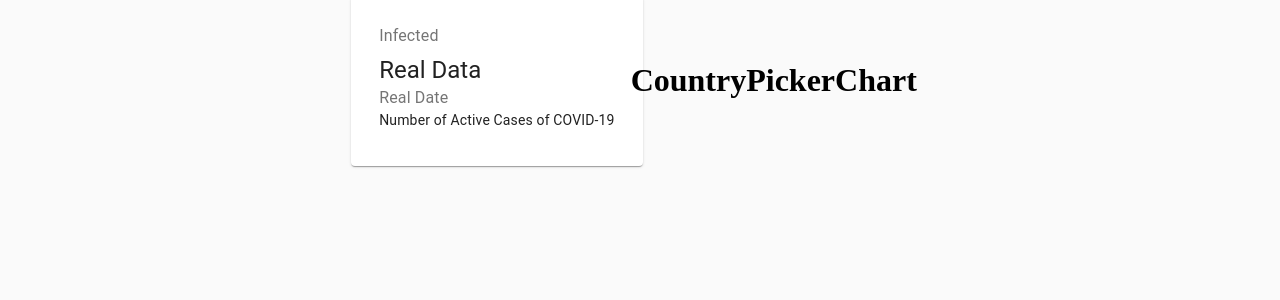
Repository: Khilanmakwana/COVID-19-Tracker-Application-ReactJS
Page: /
These files come from the project's save history. The page is drawn as it stood at one moment and after the next save; the edit follows.
The browser window is 1280 px wide. The pictures show the whole page.
The page's requests for data from a server got no answer. The project was rebuilt for these pictures with package versions that can differ from the ones it lists, and the page was loaded fresh each time. No one was signed in, and anything a server would have sent is missing. Also part of the build but not shown: src/components/Cards/Cards.module.css.

Above is the page before, as saved 2020-04-30 14:28:28.

After the next save:
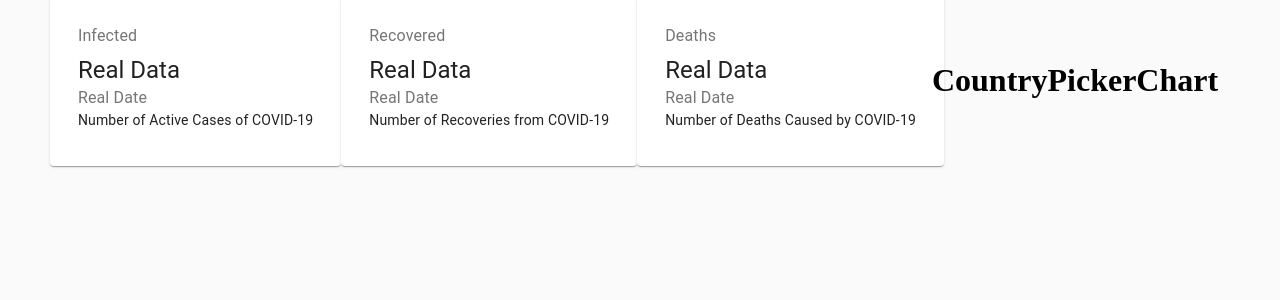
Saved 7 min 15 s later.
--- a/src/components/Cards/Cards.jsx
+++ b/src/components/Cards/Cards.jsx
@@ -19,6 +19,30 @@ const Cards = (props) => {
             </Typography>
           </CardContent>
         </Grid>
+        <Grid item component={Card}>
+          <CardContent>
+            <Typography color="textSecondary" gutterBottom>
+              Recovered
+            </Typography>
+            <Typography variant="h5">Real Data</Typography>
+            <Typography color="textSecondary">Real Date</Typography>
+            <Typography variant="body2">
+              Number of Recoveries from COVID-19
+            </Typography>
+          </CardContent>
+        </Grid>
+        <Grid item component={Card}>
+          <CardContent>
+            <Typography color="textSecondary" gutterBottom>
+              Deaths
+            </Typography>
+            <Typography variant="h5">Real Data</Typography>
+            <Typography color="textSecondary">Real Date</Typography>
+            <Typography variant="body2">
+              Number of Deaths  Caused by COVID-19
+            </Typography>
+          </CardContent>
+        </Grid>
       </Grid>
     </div>
   );
